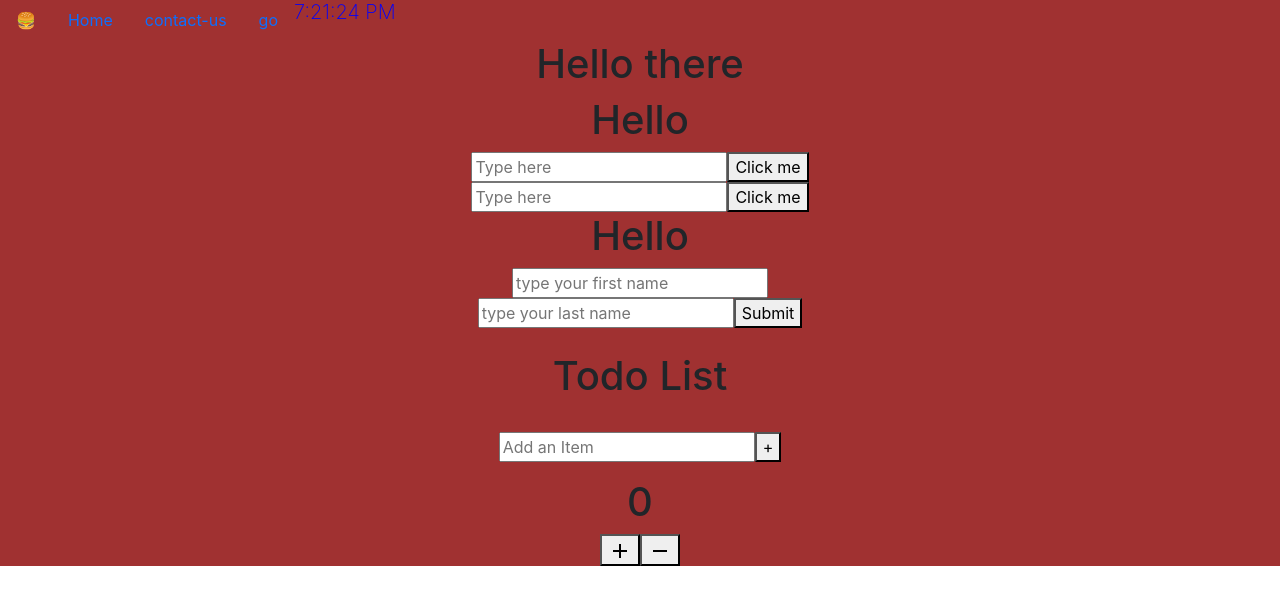
Repository: shah-zx/React-learning
Page: /
The author's editor kept a copy of each file at every save. The page is drawn from the files as they stood at one save, then again after the next save.
The browser window is 1280 px wide. The pictures show the whole page.
Some web libraries are served in a nearby version. The project was rebuilt for these pictures with package versions that can differ from the ones it lists, and the page was loaded fresh each time. Also part of the build but not shown: src/components/Greet.js, src/components/Welcome.js, src/components/Swagat.js, src/components/Namaste.js, src/components/Hello.js, src/components/ayiye.js, src/components/Message.js, src/components/Thought.js and 48 more. Imported but missing from the stored project, and not drawn on this page: src/components/Indexaskeyantipattern.

Above is the page before, as saved 2021-11-20 12:27:45.

After the next save:
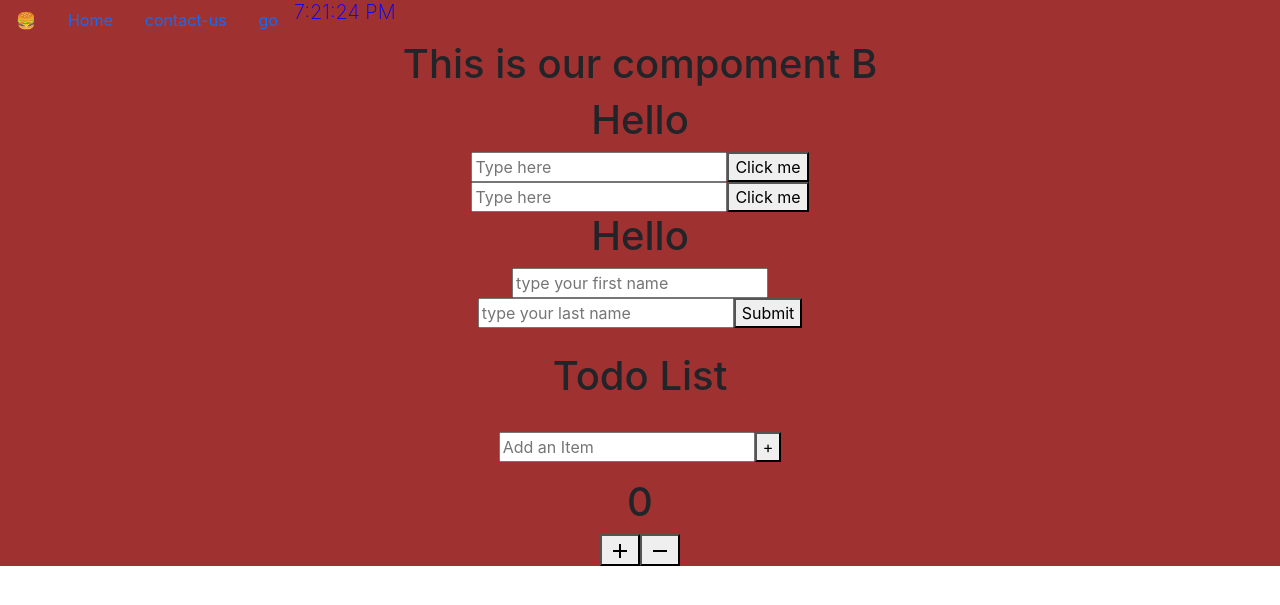
Saved 107 s later.
--- a/src/App.js
+++ b/src/App.js
@@ -142,7 +142,7 @@ function App() {
           {/* <Hooks/>
           <Time /> */}
           {/* <CountA/> */}
-          <CountC/>
+          <CountA/>
           <Forms/>
           {/* <Handlingevents /> */}
           <Login />
